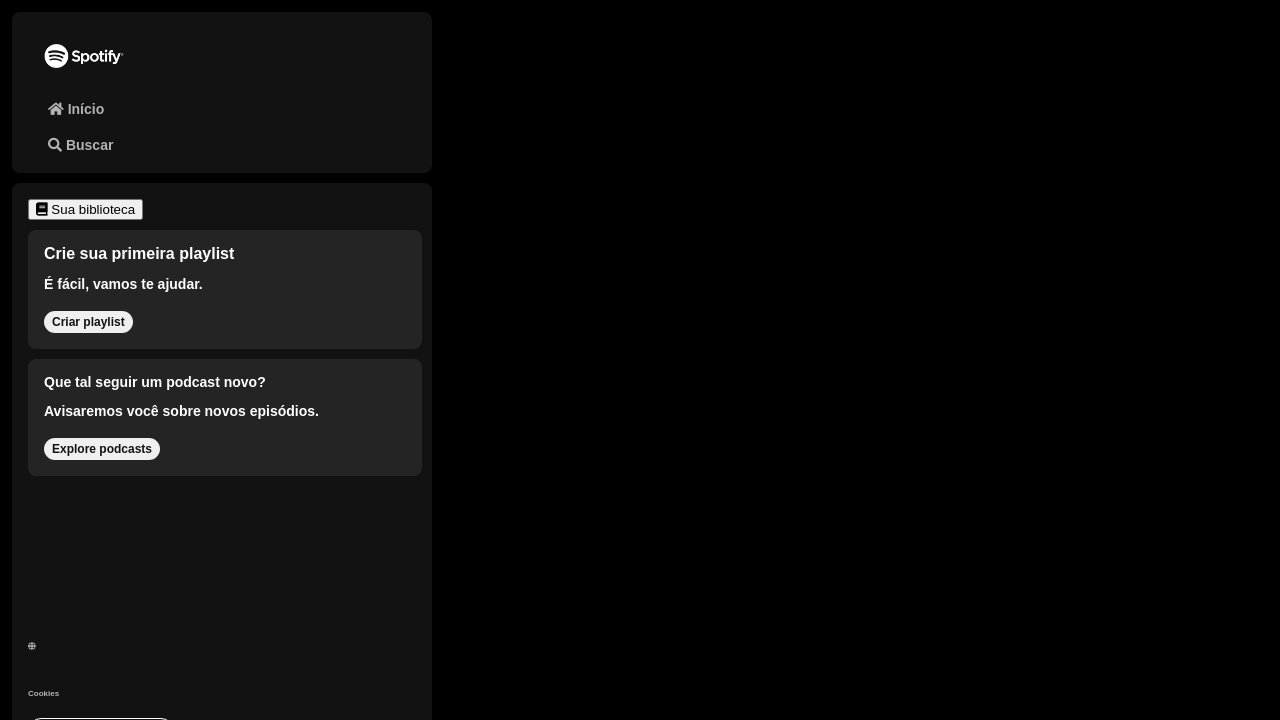
Repository: humbertobrasileiro/spotify
Page: index.html
These files come from the project's save history. The page is drawn as it stood at one moment and after the next save; the edit follows.
The browser window is 1280 px wide. The pictures show the whole page.

Above is the page before, as saved 2024-01-22 17:08:52.

After the next save:
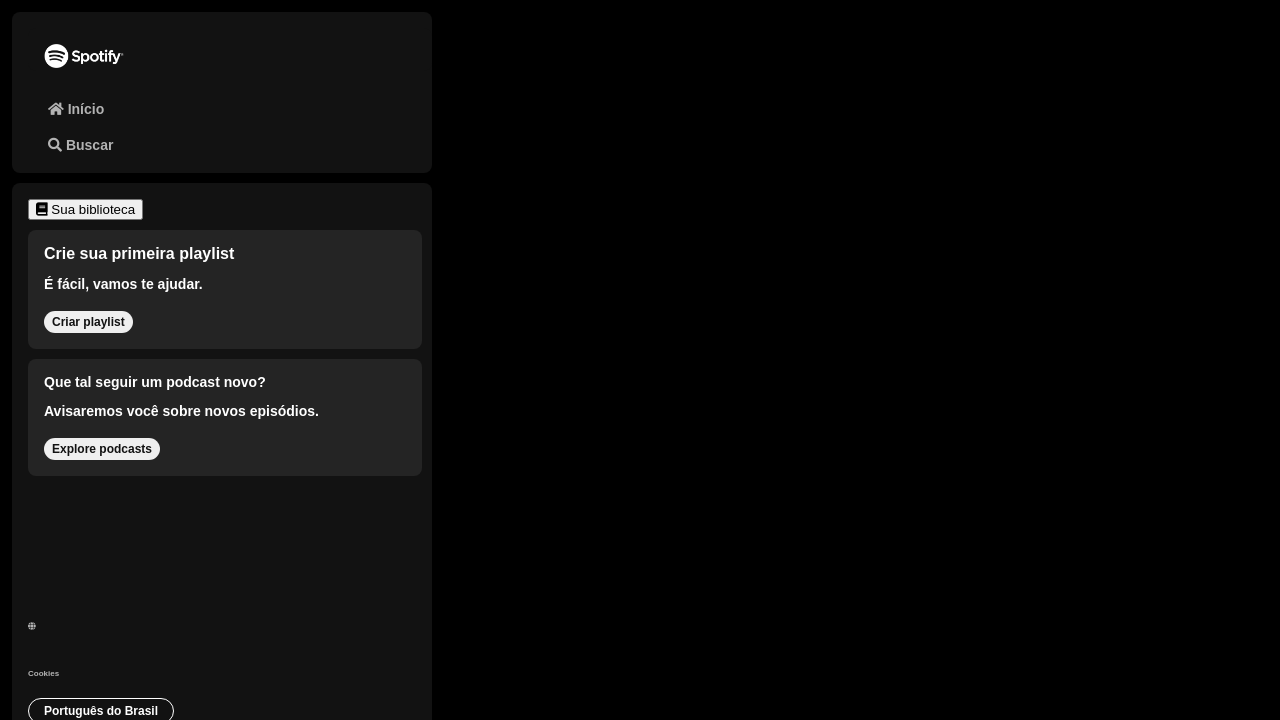
Saved 18 s later.
--- a/styles.css
+++ b/styles.css
@@ -122,7 +122,7 @@
 
 footer {
   position: absolute;
-  bottom: 0;
+  bottom: 20px;
 }
 
 .cookies span {
